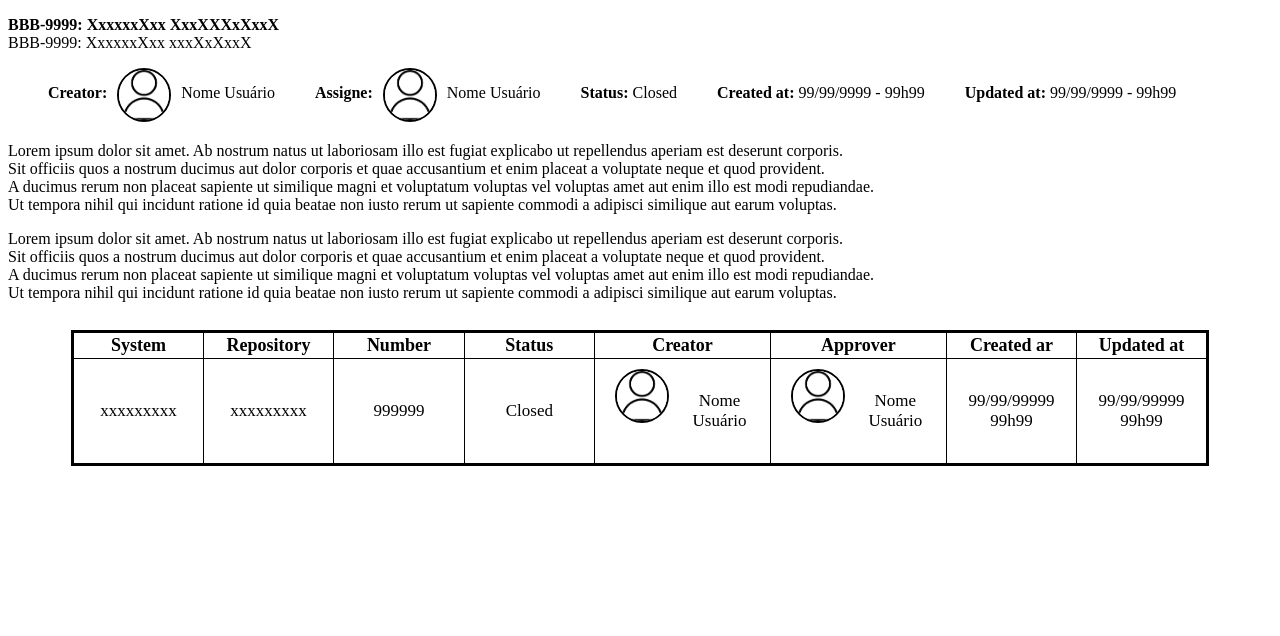
Repository: AnaBerlanda/PaginaFer
Page: index.html
The author's editor kept a copy of each file at every save. The page is drawn from the files as they stood at one save, then again after the next save.
The browser window is 1280 px wide. The pictures show the whole page.

Above is the page before, as saved 2022-05-23 16:03:24.

### index.html
<!DOCTYPE html>
<html lang="en">
<head>
    <meta charset="UTF-8">
    <meta http-equiv="X-UA-Compatible" content="IE=edge">
    <meta name="viewport" content="width=device-width, initial-scale=1.0">
    <link type="text/css" rel="stylesheet" href="index.css">
    <title>Release</title>
</head>
<body>
    <p>
        <strong>BBB-9999: XxxxxxXxx XxxXXXxXxxX</strong><br>
        BBB-9999: XxxxxxXxx xxxXxXxxX
    </p>
    <div class="container">
        <div class="textos">
        <p class="sub-titulos"><strong>Creator:</strong></p>
        </div>
        <div class="imagem">
            <img src="imagem/Icone-usuario-Png-1024x1024.png">
        </div>
        <div class="nome-usuario">
            <p>Nome Usuário</p>
        </div>
        <div class="textos">
            <p class="sub-titulos"><strong>Assigne:</strong></p>
        </div>
            <div class="imagem">
                <img src="imagem/Icone-usuario-Png-1024x1024.png">
            </div>
            <div class="nome-usuario">
                <p>Nome Usuário</p>
            </div>
        <div class="textos">
            <p class="sub-titulos"><strong>Status:</strong> Closed</p>
        </div>
        <div class="textos">
            <p class="sub-titulos"><strong>Created at:</strong> 99/99/9999 - 99h99</p>
        </div>
        <div class="textos">
            <p class="sub-titulos"><strong>Updated at:</strong> 99/99/9999 - 99h99</p>
        </div>
    </div>
    <p>
        Lorem ipsum dolor sit amet. Ab nostrum natus ut laboriosam illo est fugiat explicabo ut repellendus aperiam est deserunt corporis.<br> Sit officiis quos a nostrum ducimus aut dolor corporis et quae accusantium et enim placeat a voluptate neque et quod provident.<br> A ducimus rerum non placeat sapiente ut similique magni et voluptatum voluptas vel voluptas amet aut enim illo est modi repudiandae.<br> Ut tempora nihil qui incidunt ratione id quia beatae non iusto rerum ut sapiente commodi a adipisci similique aut earum voluptas.
    </p>
    <p>
        Lorem ipsum dolor sit amet. Ab nostrum natus ut laboriosam illo est fugiat explicabo ut repellendus aperiam est deserunt corporis.<br> Sit officiis quos a nostrum ducimus aut dolor corporis et quae accusantium et enim placeat a voluptate neque et quod provident.<br> A ducimus rerum non placeat sapiente ut similique magni et voluptatum voluptas vel voluptas amet aut enim illo est modi repudiandae.<br> Ut tempora nihil qui incidunt ratione id quia beatae non iusto rerum ut sapiente commodi a adipisci similique aut earum voluptas.
    </p>
    <table class="tabela">
        <tr>
            <th>System</th>
            <th>Repository</th>
            <th>Number</th>
            <th>Status</th>
            <th>Creator</th>
            <th>Approver</th>
            <th>Created ar</th>
            <th>Updated at</th>
        </tr>
        <tr>
            <td>xxxxxxxxx</td>
            <td>xxxxxxxxx</td>
            <td>999999</td>
            <td>Closed</td>
            <td>
                <div class="tabela-imagem">
                    <div class="imagem">
                    <img src="imagem/Icone-usuario-Png-1024x1024.png">
                    </div>
                <div class="textos">
                    <p class="nome">Nome Usuário</p>
                </div>
                </div>
            </td>
            <td>
                <div class="tabela-imagem">
                    <div class="imagem">
                    <img src="imagem/Icone-usuario-Png-1024x1024.png">
                    </div>
                <div class="textos">
                    <p class="nome">Nome Usuário</p>
                </div>
                </div>
            </td>
            <td>99/99/99999 99h99</td>
            <td>99/99/99999 99h99</td>
        </tr>














</body>
</html>

### index.css
.container{
    display: flex;

}
.imagem img{
    width: 50px;
    height: 50px;
    border-radius: 50%;
    border: 2px solid black;
    margin-left: 10px;
}
.textos{
    margin-left: 40px;
}
.nome-usuario{
    margin-left: 10px;
}
.main-container{
    display: flex;
    justify-content: space-around;
    gap: 10px;
}
table {
    border-collapse: collapse;
    border: 3px solid black;
    width: 90%;
    margin: 28px auto;
    border-radius: 2%;
}
table th{
    border: 1px solid black;
    color:black;
    font-size: 18px;
    padding: 2px;

}
table td {
    text-align: center;
    border: 1px solid black;
    color: black;
    font-size: 17px;
    width: 10%;
    padding: 5px;
}
.tabela-imagem{
    display:flex
}
.tabela-imagem .textos{
    margin: 10px;
}
.tabela-imagem .imagem{
    margin: 5px;
}

After the next save:
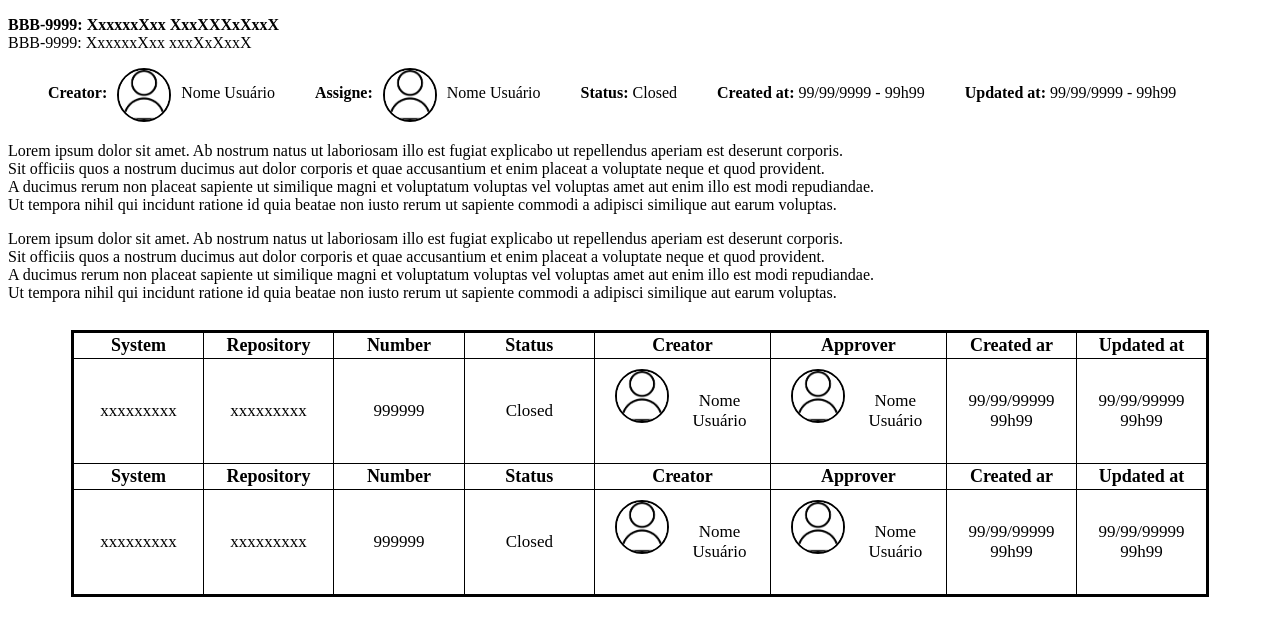
Saved 26 s later.
--- a/index.html
+++ b/index.html
@@ -86,6 +86,44 @@
             <td>99/99/99999 99h99</td>
             <td>99/99/99999 99h99</td>
         </tr>
+        <tr>
+            <th>System</th>
+            <th>Repository</th>
+            <th>Number</th>
+            <th>Status</th>
+            <th>Creator</th>
+            <th>Approver</th>
+            <th>Created ar</th>
+            <th>Updated at</th>
+        </tr>
+        <tr>
+            <td>xxxxxxxxx</td>
+            <td>xxxxxxxxx</td>
+            <td>999999</td>
+            <td>Closed</td>
+            <td>
+                <div class="tabela-imagem">
+                    <div class="imagem">
+                    <img src="imagem/Icone-usuario-Png-1024x1024.png">
+                    </div>
+                <div class="textos">
+                    <p class="nome">Nome Usuário</p>
+                </div>
+                </div>
+            </td>
+            <td>
+                <div class="tabela-imagem">
+                    <div class="imagem">
+                    <img src="imagem/Icone-usuario-Png-1024x1024.png">
+                    </div>
+                <div class="textos">
+                    <p class="nome">Nome Usuário</p>
+                </div>
+                </div>
+            </td>
+            <td>99/99/99999 99h99</td>
+            <td>99/99/99999 99h99</td>
+        </tr>
 
 
 

After the save that followed:
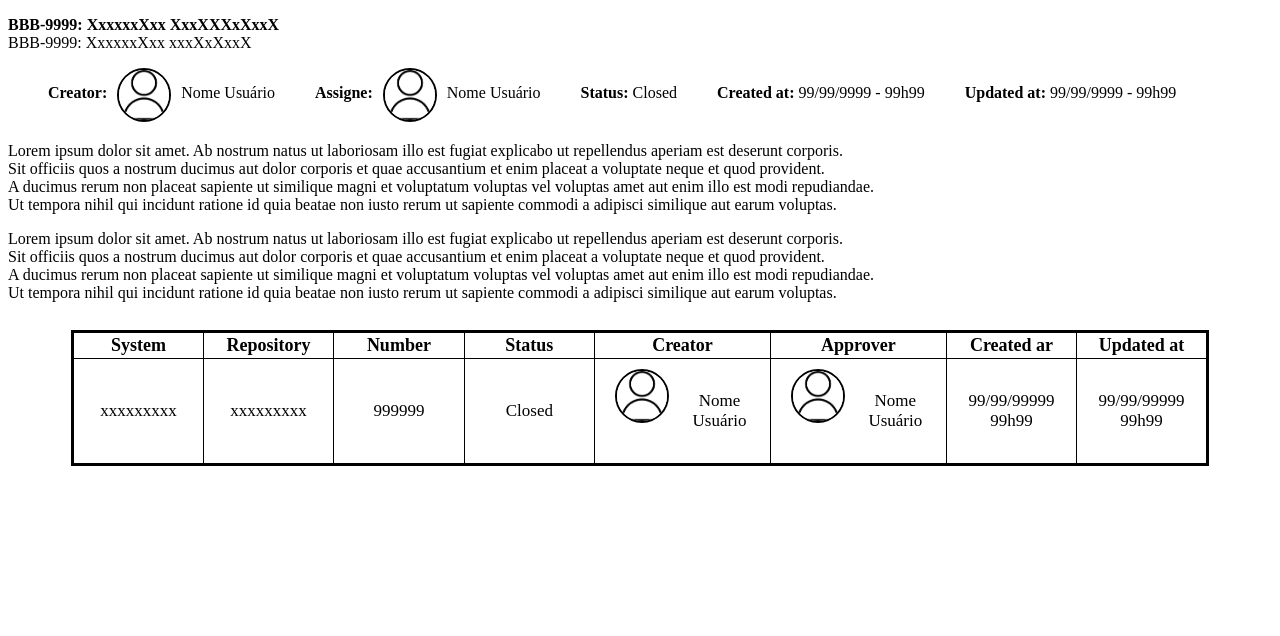
Saved 21 s later.
--- a/index.html
+++ b/index.html
@@ -86,44 +86,7 @@
             <td>99/99/99999 99h99</td>
             <td>99/99/99999 99h99</td>
         </tr>
-        <tr>
-            <th>System</th>
-            <th>Repository</th>
-            <th>Number</th>
-            <th>Status</th>
-            <th>Creator</th>
-            <th>Approver</th>
-            <th>Created ar</th>
-            <th>Updated at</th>
-        </tr>
-        <tr>
-            <td>xxxxxxxxx</td>
-            <td>xxxxxxxxx</td>
-            <td>999999</td>
-            <td>Closed</td>
-            <td>
-                <div class="tabela-imagem">
-                    <div class="imagem">
-                    <img src="imagem/Icone-usuario-Png-1024x1024.png">
-                    </div>
-                <div class="textos">
-                    <p class="nome">Nome Usuário</p>
-                </div>
-                </div>
-            </td>
-            <td>
-                <div class="tabela-imagem">
-                    <div class="imagem">
-                    <img src="imagem/Icone-usuario-Png-1024x1024.png">
-                    </div>
-                <div class="textos">
-                    <p class="nome">Nome Usuário</p>
-                </div>
-                </div>
-            </td>
-            <td>99/99/99999 99h99</td>
-            <td>99/99/99999 99h99</td>
-        </tr>
+
 
 
 
